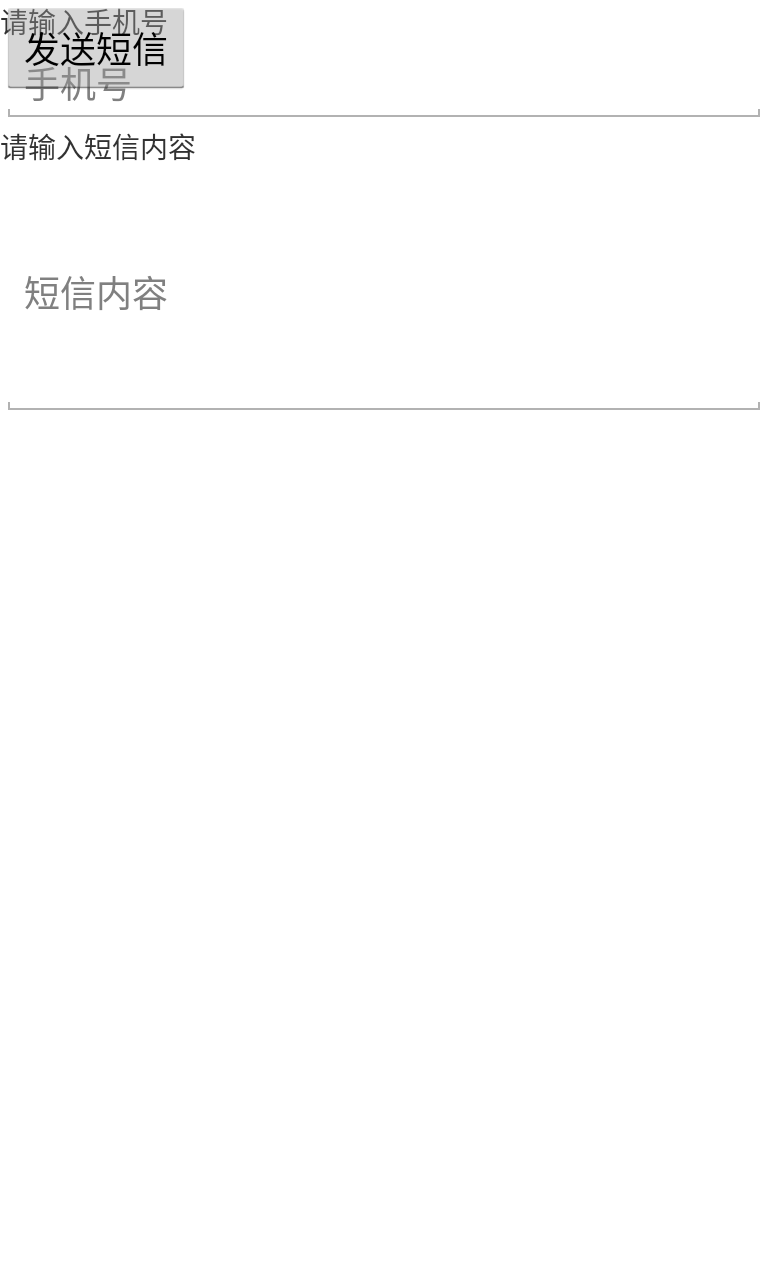
Repository: qq839924354/day01
Layout: code/Layout/res/layout/activity_main.xml
These files come from the project's save history. The layout is drawn as it stood at one moment and after the next save; the edit follows.
It is drawn on a 768 x 1280 px phone screen (xhdpi) without system bars, with theme AppTheme; the app's code is not run.

Above is the layout before, as saved 2013-02-28 08:15:59.

### code/Layout/res/layout/activity_main.xml
<RelativeLayout xmlns:android="http://schemas.android.com/apk/res/android"
    xmlns:tools="http://schemas.android.com/tools"
    android:layout_width="match_parent"
    android:layout_height="match_parent"
    tools:context=".MainActivity" >

    <TextView
        android:id="@+id/tv_phone"
        android:layout_width="wrap_content"
        android:layout_height="wrap_content"
        android:text="请输入手机号" />

    <EditText
        android:id="@+id/et_phone"
        android:layout_width="fill_parent"
        android:layout_height="wrap_content"
        android:layout_below="@id/tv_phone"
        android:hint="手机号" />

    <TextView
        android:id="@+id/tv_content"
        android:layout_width="wrap_content"
        android:layout_height="wrap_content"
        android:layout_below="@id/et_phone"
        android:text="请输入短信内容" />

    <EditText
        android:id="@+id/et_content"
        android:layout_width="fill_parent"
        android:layout_height="wrap_content"
        android:layout_below="@id/tv_content"
        android:hint="短信内容"
        android:inputType="textMultiLine"
        android:minLines="5" />

    <Button
        android:text="发送短信"
        android:layout_width="wrap_content"
        android:layout_height="wrap_content" />

</RelativeLayout>

Loaded but not shown: code/Layout/res/values/styles.xml (common file); code/Layout/res/values-v11/styles.xml (common file); code/Layout/res/values-v14/styles.xml (common file)

After the next save:
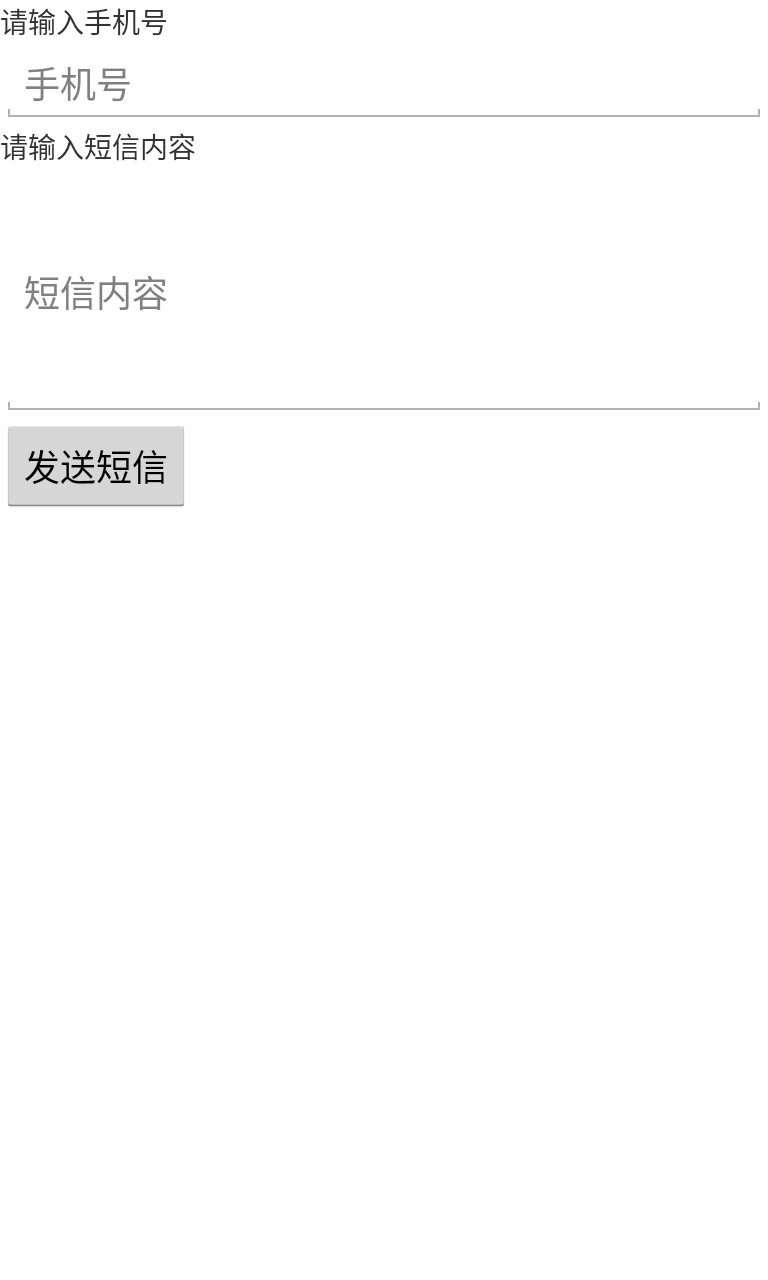
Saved 9 s later.
--- a/code/Layout/res/layout/activity_main.xml
+++ b/code/Layout/res/layout/activity_main.xml
@@ -34,6 +34,7 @@
         android:minLines="5" />
 
     <Button
+        android:layout_below="@id/et_content"
         android:text="发送短信"
         android:layout_width="wrap_content"
         android:layout_height="wrap_content" />
